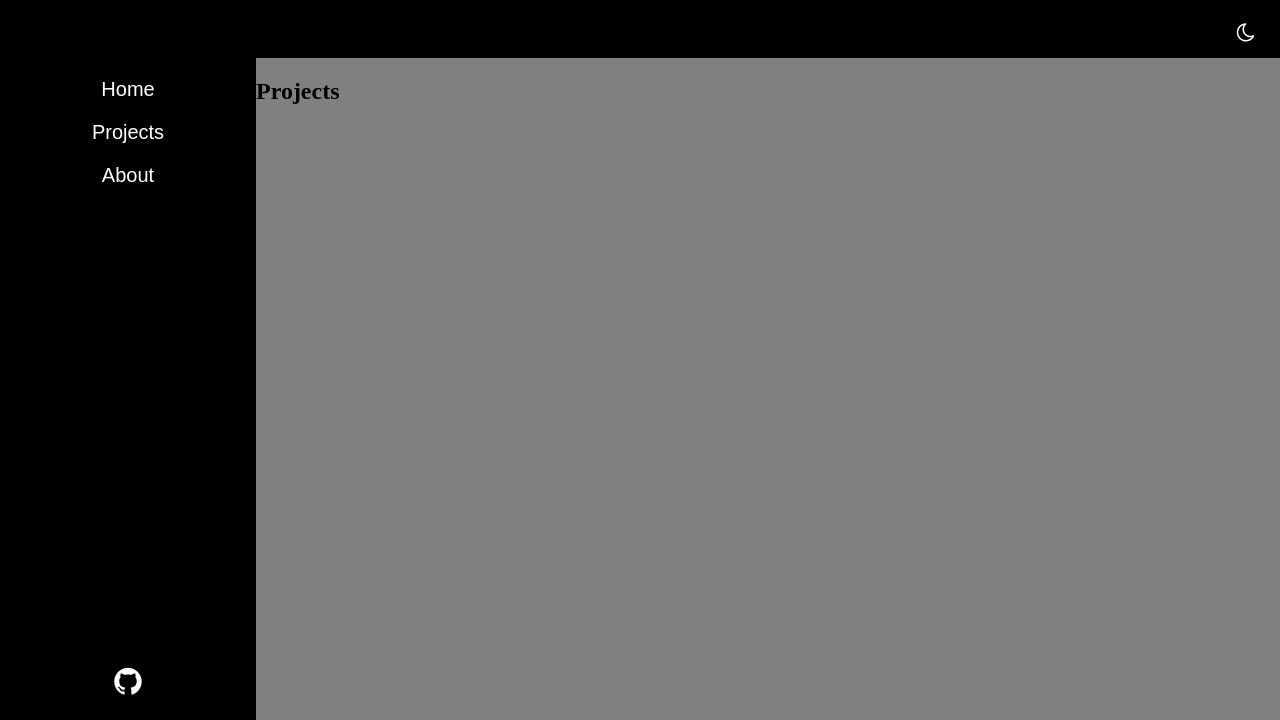
Repository: josephinel6/josephinel6.github.io
Page: index.html
These files come from the project's save history. The page is drawn as it stood at one moment and after the next save; the edit follows.
The browser window is 1280 px wide. The pictures show the whole page.

Above is the page before, as saved 2023-04-05 08:20:25.

### index.html
<!DOCTYPE html>
<html>

<head>
    <style>
        :root.light {
            --color-bg: white;
            --color-menu-text: black;
            --color-page-bg: darkgray;
            --color-obj-bg: gray;
            --color-title-text: black;
            --color-gen-text: black;
        }

        :root.dark {
            --color-bg: black;
            --color-menu-text: white;
            --color-page-bg: gray;
            --color-obj-bg: darkgray;
            --color-title-text: white;
            --color-gen-text: white;
        }

        /* :root {
            --color-bg: black;
        } */

        html,
        body {
            height: 100%;
            width: 100%;
            margin: 0;
            position: relative;
            /* border-color: blue;
            border-radius: 10px;
            border-style: solid; */
            padding: 0;
        }

        #menu {
            height: 100%;
            width: 20%;
            position: absolute;
            z-index: 1;
            top: 0;
            bottom: 0;
            background-color: var(--color-bg);
        }

        #topbar {
            width: 100%;
            height: 8%;
            background-color: var(--color-bg);
            position: absolute;
        }

        .menutext {
            color: var(--color-menu-text);
            font-family: sans-serif;
            font-size: 20px;
        }

        .fa-github {
            color: var(--color-menu-text);
        }

        #window {
            background-color: var(--color-page-bg);
            position: absolute;
            height: 92%;
            width: 80%;
            right: 0;
            bottom: 0;
        }

        .tabcontent {
            height: 100%;
            width: 100%;
            position: absolute;
        }

        .projectbutton {
            height: 150px;
            width: 95%;
            margin-top: 2.5%;
            margin-left: 2.5%;
            background-color: var(--color-obj-bg);
            border-radius: 5px;
            font-family: sans-serif;
            font-size: 30px;
        }

        #day-night {
            color: white;
            z-index: 2;
            position: absolute;
            top: 25px;
            right: 25px;
        }

        /* .fa-2x {
            height: 20px !important;
        } */
    </style>
    <link rel="stylesheet" href="https://cdnjs.cloudflare.com/ajax/libs/font-awesome/4.7.0/css/font-awesome.min.css">
    <script type="module" src="https://cdn.jsdelivr.net/gh/zerodevx/zero-md@2/dist/zero-md.min.js"></script>
    <script type="module" src="https://md-block.verou.me/md-block.js"></script>
</head>

<body>
    <div id="menu">
        <div style="position:absolute; top: 8%; width: 100%; text-align: center;">

            <p class="menutext"> Home </p>
            <p class="menutext" onclick="openpage('projectbuttons')"> Projects </p>
            <p class="menutext"> About </p>

        </div>

        <div style="position:absolute; bottom:3%; width: 100%; text-align: center;">
            <a href="https://github.com/josephinel6" class="fa fa-github fa-2x" style="text-decoration: none;"></a>
        </div>
    </div>
    <div id="topbar">
        <i onclick="daynight()" class="fa fa-moon-o fa-lg" id="day-night"></i>
    </div>
    <div id="window">
        <div id="homepage" class="tabcontent">
            <h2> Projects </h2>
        </div>
        <div id="projectbuttons" class="tabcontent">
            <div class="projectbutton" onclick="openpage('weatherAPI')"> Weather API </div>
        </div>
        <zero-md src="https://josephinel6.github.io/weatherAPI.md" class="tabcontent" id="weatherAPI"></zero-md>
        <div class="tabcontent" id="about"></div>
    </div>
    <script>
        var night;

        window.onload = function () {
            var night = true;
            document.documentElement.classList.remove("light")
            document.documentElement.classList.add("dark")
            window.localStorage.setItem('mode', 'dark');
            console.log("dark")
            tabcontent = document.getElementsByClassName("tabcontent");
            for (i = 0; i < tabcontent.length; i++) {
                tabcontent[i].style.display = "none";
            }
            document.getElementById("homepage").style.display = "block";
        }

        function openpage(pageName) {
            var i, tabcontent, tablinks;
            tabcontent = document.getElementsByClassName("tabcontent");
            for (i = 0; i < tabcontent.length; i++) {
                tabcontent[i].style.display = "none";
            }
            tablinks = document.getElementsByClassName("tablink");
            for (i = 0; i < tablinks.length; i++) {
                tablinks[i].style.backgroundColor = "";
            }
            document.getElementById(pageName).style.display = "block";

            document.body.scrollTop = 0;
            document.documentElement.scrollTop = 0;
        }

        function daynight() {
            var daynight = document.getElementById("daynight");
            if (night == true) {
                daynight.classList.remove("fa-sun-o");
                daynight.classList.add("fa-moon-o");
                night = false;
                window.localStorage.setItem('mode', 'dark');
            }
        }
    </script>

</body>

</html>

After the next save:
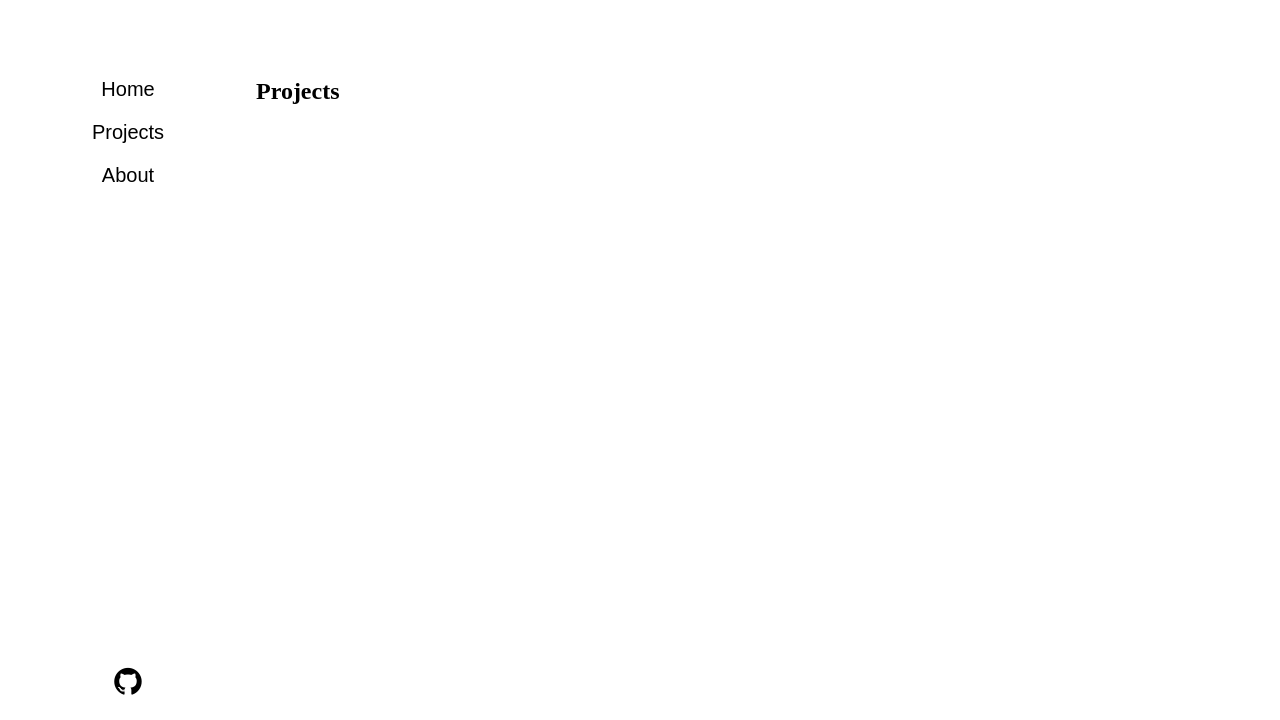
Saved 5 s later.
--- a/index.html
+++ b/index.html
@@ -139,8 +139,8 @@
 
         window.onload = function () {
             var night = true;
-            document.documentElement.classList.remove("light")
-            document.documentElement.classList.add("dark")
+            // document.documentElement.classList.remove("light")
+            // document.documentElement.classList.add("dark")
             window.localStorage.setItem('mode', 'dark');
             console.log("dark")
             tabcontent = document.getElementsByClassName("tabcontent");

After the 2 saves that followed:
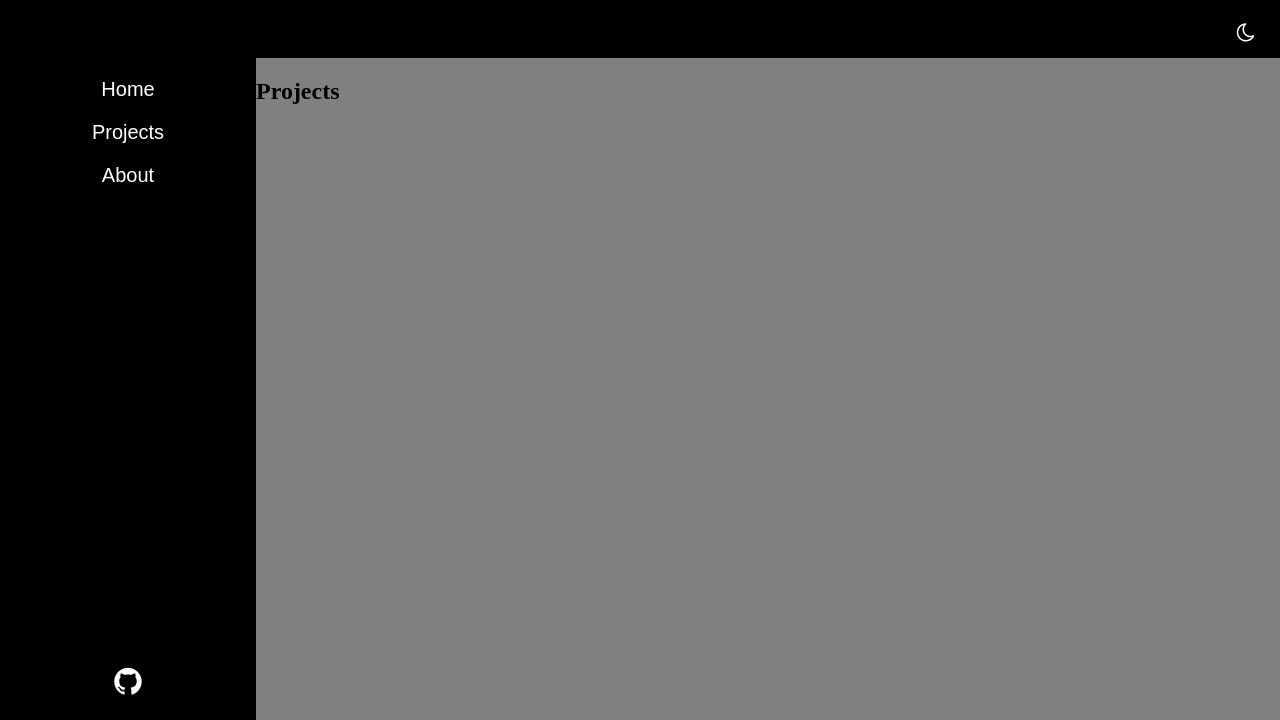
The 2 saves are shown as one change because they came seconds apart.
The last was saved 10 s later.
--- a/index.html
+++ b/index.html
@@ -139,8 +139,8 @@
 
         window.onload = function () {
             var night = true;
-            // document.documentElement.classList.remove("light")
-            // document.documentElement.classList.add("dark")
+            document.documentElement.classList.remove("light")
+            document.documentElement.classList.add("dark")
             window.localStorage.setItem('mode', 'dark');
             console.log("dark")
             tabcontent = document.getElementsByClassName("tabcontent");
@@ -172,6 +172,8 @@
                 daynight.classList.remove("fa-sun-o");
                 daynight.classList.add("fa-moon-o");
                 night = false;
+                document.documentElement.classList.remove("light")
+                document.documentElement.classList.add("dark")
                 window.localStorage.setItem('mode', 'dark');
             }
         }
